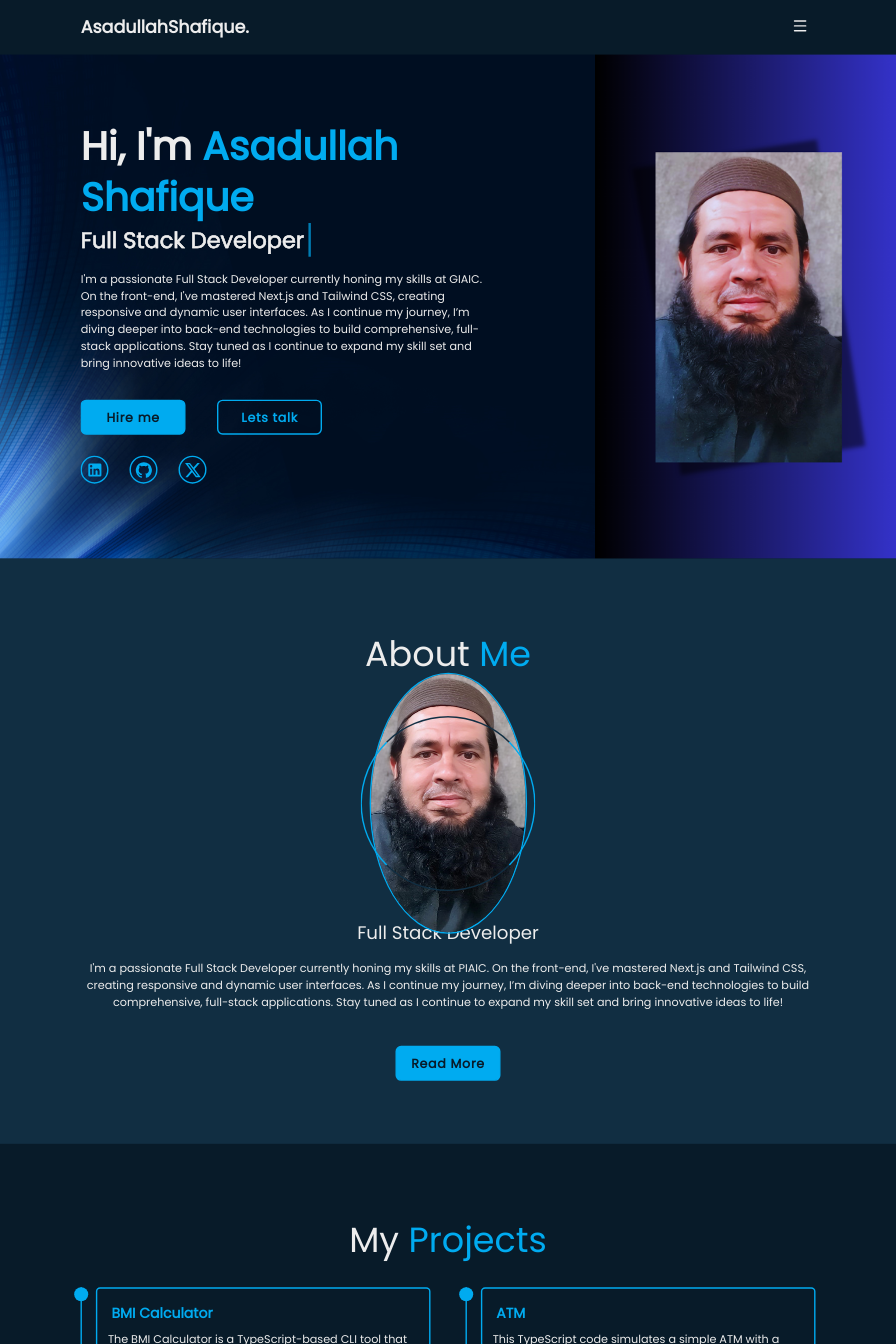
Repository: asadullah48/nextjs_projects_portfolio
Page: /
These files come from the project's save history. The page is drawn as it stood at one moment and after a run of saves; the edit follows.
The browser window is 1280 px wide. The pictures show the part of the page from y = 0 to 1920 px (the page is 4234 px tall), at 70% of full size.
The project was rebuilt for these pictures with package versions that can differ from the ones it lists, and the page was loaded fresh each time. The framework's server and built-in components were replaced by stand-ins that run in the browser. Also part of the build but not shown: next.config.ts.

Above is the page before, as saved 2024-11-13 13:39:17.

After the next 2 saves:
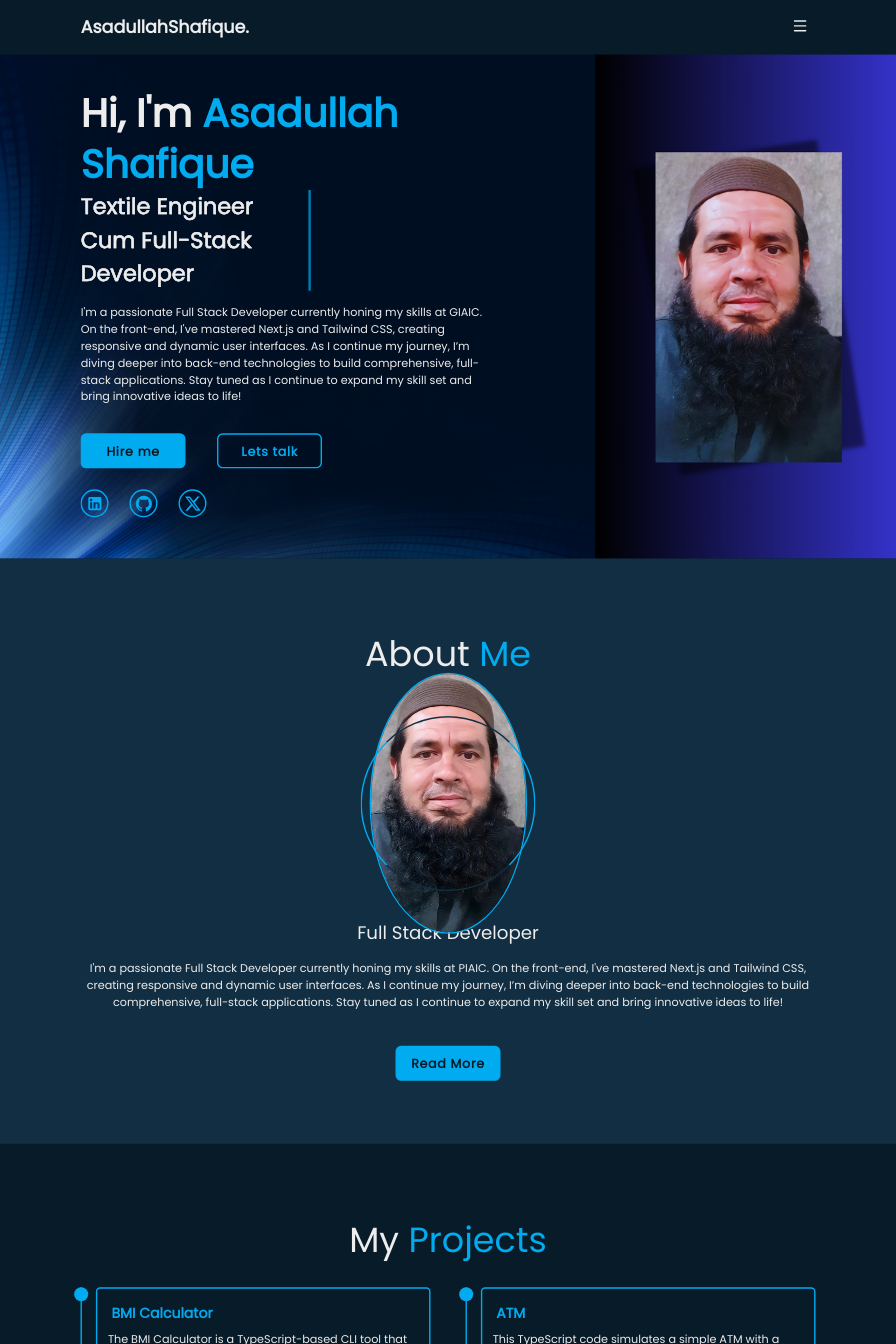
The 2 saves are shown as one change because they came seconds apart.
The last was saved 3 min 38 s later.
--- a/src/app/page.tsx
+++ b/src/app/page.tsx
@@ -129,7 +129,7 @@ active:text-[var(--main-color)]"
             Hi, I'm<span> Asadullah Shafique</span>{" "}
           </h1>
           <div className="text-animated">
-            <h3>Full Stack Developer</h3>
+            <h3>Textile Engineer Cum Full-Stack Developer</h3>
           </div>
           <p>
             I'm a passionate Full Stack Developer currently honing my skills at
